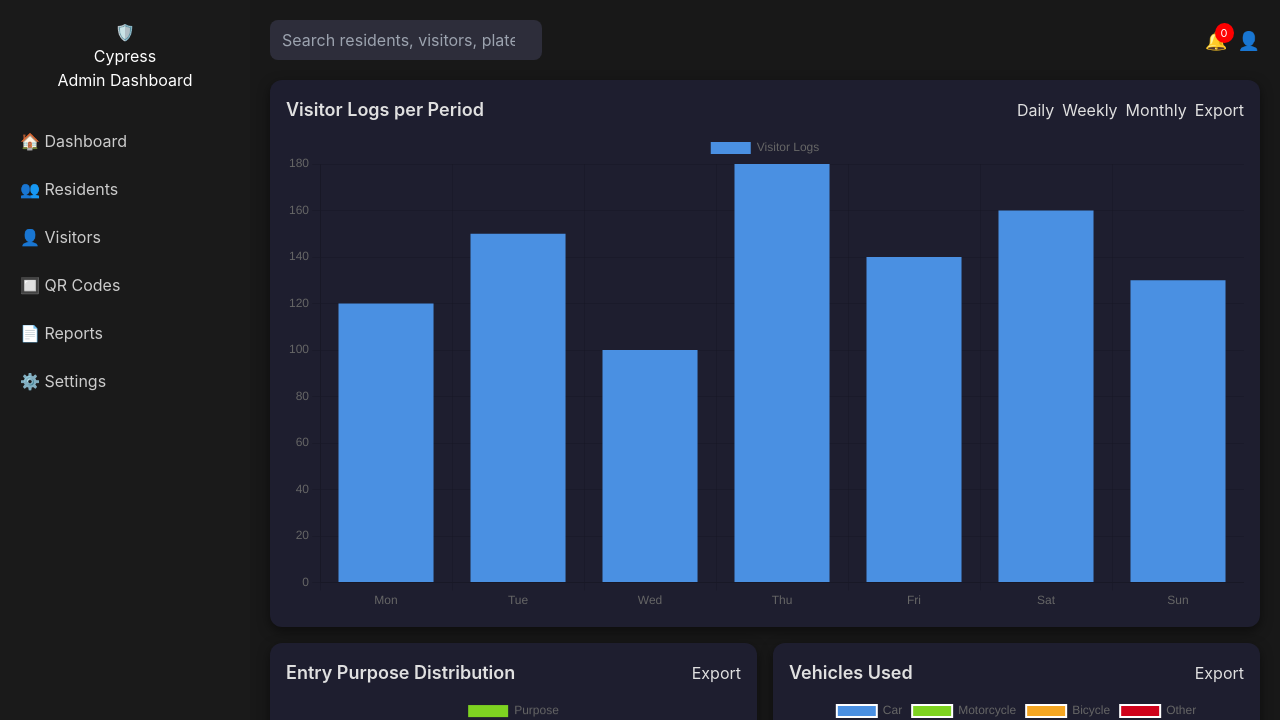
Repository: camuramon/my-project
Page: templates/admin/reports.html
These files come from the project's save history. The page is drawn as it stood at one moment and after the next save; the edit follows.
The browser window is 1280 px wide. The pictures show the whole page.
An inner scrolling area shows only its first screen. Some web libraries are served in a nearby version. The template is drawn by Flask 3. The application's start-up code is not run. Other server files are loaded and not shown. The template is opened directly, without the code that normally fills it, so the values that code supplies are empty.

Above is the page before, as saved 2025-09-09 17:12:35.
Console error: TypeError: Cannot read properties of null (reading 'addEventListener')

### templates/admin/reports.html
<!DOCTYPE html>
<html lang="en">
<head>
  <meta charset="UTF-8">
  <meta name="viewport" content="width=device-width, initial-scale=1.0">
  <title>VMS Reports Dashboard</title>
  <script src="https://cdn.tailwindcss.com"></script>
    <link rel="stylesheet" href="{{ url_for('static', filename='css/report.css') }}">
  <script src="https://cdn.jsdelivr.net/npm/chart.js"></script>

</head>
<body>
<div class="container">
  <aside class="sidebar">
    <div class="logo">
      <div class="icon">🛡️</div>
      <div class="title">
        <h2>Cypress</h2>
        <span>Admin Dashboard</span>
      </div>
    </div>
    <nav>
      <ul class="sidebar-menu">
        <li class="{% if request.path == url_for('admin_dashboard') %}active{% endif %}">
          <a href="{{ url_for('admin_dashboard') }}"><span class="icon">🏠</span> Dashboard</a>
        </li>
        <li class="{% if request.path == url_for('admin_residents') %}active{% endif %}">
          <a href="{{ url_for('admin_residents') }}"><span class="icon">👥</span> Residents</a>
        </li>
        <li class="{% if request.path == url_for('admin_visitors') %}active{% endif %}">
          <a href="{{ url_for('admin_visitors') }}"><span class="icon">👤</span> Visitors</a>
        </li>
        <li><a href="#"><span class="icon">🔲</span> QR Codes</a></li>
        <li class="{% if request.path == url_for('admin_reports') %}active{% endif %}">
          <a href="{{ url_for('admin_reports') }}"><span class="icon">📄</span> Reports</a>
        </li>
        <li class="{% if request.path == url_for('admin_settings') %}active{% endif %}">
          <a href="{{ url_for('admin_settings') }}"><span class="icon">⚙️</span> Settings</a>
        </li>
      </ul>
    </nav>
  </aside>

  <main class="main-content">
    <header class="top-bar">
      <div class="search-bar">
        <input type="search" placeholder="Search residents, visitors, plates..." />
      </div>
      <div class="top-icons">
        <button class="icon-btn">🔔<span class="notification-count">{{ notifications|length }}</span></button>
        <button class="icon-btn">👤</button>
      </div>
    </header>


  <!-- Main Charts and Side Widgets -->
<section class="flex flex-col lg:flex-row gap-4">

    <!-- Main Charts -->
    <div class="flex-1">
      <div class="card p-4 mb-4">
        <div class="flex justify-between items-center mb-2">
          <h3 class="text-lg font-semibold">Visitor Logs per Period</h3>
          <div class="flex space-x-2">
            <button class="btn-chart-toggle" data-period="daily">Daily</button>
            <button class="btn-chart-toggle" data-period="weekly">Weekly</button>
            <button class="btn-chart-toggle" data-period="monthly">Monthly</button>
            <button class="btn-green">Export</button>
          </div>
        </div>
        <canvas id="barChart"></canvas>
      </div>
   <section class="grid grid-cols-1 md:grid-cols-2 gap-4">

        <div class="card p-4">
          <div class="flex justify-between items-center mb-2">
            <h3 class="text-lg font-semibold">Entry Purpose Distribution</h3>
            <button class="btn-green">Export</button>
          </div>
          <canvas id="horizontalChart"></canvas>
        </div>
        <div class="card p-4">
          <div class="flex justify-between items-center mb-2">
            <h3 class="text-lg font-semibold">Vehicles Used</h3>
            <button class="btn-green">Export</button>
          </div>
          <canvas id="pieChart"></canvas>
        </div>
      </div>
    </div>
    <!-- Side Widgets -->
    <div class="lg:w-1/3 space-y-4">
      <div class="card p-4">
        <div class="flex justify-between items-center mb-2">
          <h3 class="text-lg font-semibold">Visitor Geo Distribution</h3>
          <button class="btn-green">Export</button>
        </div>
        <img src="https://placehold.co/400x250" alt="Geo map" class="w-full rounded">
      </div>
      <div class="card p-4">
        <div class="flex justify-between items-center mb-2">
          <h3 class="text-lg font-semibold">Access Points</h3>
          <button class="btn-green">Export</button>
        </div>
        <canvas id="accessChart"></canvas>
      </div>
      <div class="card p-4">
        <div class="flex justify-between items-center mb-2">
          <h3 class="text-lg font-semibold">Device Access</h3>
          <button class="btn-green">Export</button>
        </div>
        <canvas id="deviceChart"></canvas>
      </div>
    </div>
  </section>

  <!-- Tables -->
  <section class="p-4 grid grid-cols-1 md:grid-cols-2 gap-4">
    <div class="card p-4">
      <h3 class="text-lg font-semibold mb-2">Visitor Logs</h3>
      <div class="overflow-x-auto">
        <table class="w-full text-sm">
          <thead>
            <tr class="border-b border-gray-600">
              <th class="text-left p-2">Name</th>
              <th class="text-left p-2">Purpose</th>
              <th class="text-left p-2">Vehicle</th>
              <th class="text-left p-2">Time In/Out</th>
              <th class="text-left p-2">Status</th>
            </tr>
          </thead>
          <tbody>
            <tr class="border-b border-gray-600 hover:bg-gray-800">
              <td class="p-2">John Doe</td>
              <td class="p-2">Delivery</td>
              <td class="p-2">Car</td>
              <td class="p-2">9:00 AM / 9:15 AM</td>
              <td class="p-2">Exited</td>
            </tr>
            <tr class="border-b border-gray-600 hover:bg-gray-800">
              <td class="p-2">Jane Smith</td>
              <td class="p-2">Guest</td>
              <td class="p-2">Motorcycle</td>
              <td class="p-2">10:00 AM / -</td>
              <td class="p-2">Inside</td>
            </tr>
          </tbody>
        </table>
      </div>
      <a href="#" class="text-blue-400 float-right mt-2">View All</a>
      <button class="btn-green mt-2">Export</button>
    </div>
    <div class="card p-4">
      <h3 class="text-lg font-semibold mb-2">Resident Reports</h3>
      <div class="overflow-x-auto">
        <table class="w-full text-sm">
          <thead>
            <tr class="border-b border-gray-600">
              <th class="text-left p-2">Name</th>
              <th class="text-left p-2">Status</th>
            </tr>
          </thead>
          <tbody>
            <tr class="border-b border-gray-600 hover:bg-gray-800">
              <td class="p-2">Alice Johnson</td>
              <td class="p-2"><span class="bg-green-600 px-2 py-1 rounded">Active</span></td>
            </tr>
            <tr class="border-b border-gray-600 hover:bg-gray-800">
              <td class="p-2">Bob Lee</td>
              <td class="p-2"><span class="bg-yellow-600 px-2 py-1 rounded">Suspended</span></td>
            </tr>
            <tr class="border-b border-gray-600 hover:bg-gray-800">
              <td class="p-2">Charlie Brown</td>
              <td class="p-2"><span class="bg-red-600 px-2 py-1 rounded">Blacklisted</span></td>
            </tr>
          </tbody>
        </table>
      </div>
      <a href="#" class="text-blue-400 float-right mt-2">View All</a>
      <button class="btn-green mt-2">Export</button>
    </div>
  </section>

<script src="{{ url_for('static', filename='js/report.js') }}"></script>
</body>
</html>

### static/css/report.css
/* === RESET & GLOBAL === */
html, body {
  margin: 0;
  padding: 0;
  height: 100%;
  width: 100%;
  overflow-x: hidden; /* 🚀 block horizontal scroll */
  font-family: 'Inter', sans-serif;
  background-color: #121212;
  color: #E0E0E0;
}

.container {
  display: flex;
  width: 100%;
  min-height: 100vh;
}

/* === SIDEBAR === */
.sidebar {
  width: 250px;
  background-color: #1A1A1A;
  height: 100vh;
  padding: 20px 0;
  display: flex;
  flex-direction: column;
  position: fixed;
  left: 0;
  top: 0;
}

.sidebar .logo {
  text-align: center;
  margin-bottom: 25px;
  color: #fff;
}
.sidebar-menu {
  list-style: none;
  padding: 0;
  margin: 0;
}
.sidebar-menu li a {
  display: block;
  padding: 12px 20px;
  color: #ccc;
  text-decoration: none;
  transition: 0.3s;
}
.sidebar-menu li a:hover {
  background: #2A2A2A;
  color: #fff;
}

/* === MAIN CONTENT === */
.main-content {
  flex-grow: 1;
  margin-left: 250px;   /* 🚀 para sakto sa sidebar */
  padding: 20px;
  background: #181818;
  min-width: 0;          /* 🚀 prevent overflow */
  overflow-x: hidden;
}

/* === TOP BAR === */
.top-bar {
  display: flex;
  justify-content: space-between;
  align-items: center;
  margin-bottom: 20px;
}
.search-bar input {
  background-color: #2D2D3A;
  color: #E0E0E0;
  border: none;
  border-radius: 8px;
  padding: 8px 12px;
}
.top-icons {
  display: flex;
  gap: 10px;
}
.icon-btn {
  background: none;
  border: none;
  color: #E0E0E0;
  font-size: 18px;
  position: relative;
  cursor: pointer;
}
.notification-count {
  position: absolute;
  top: -4px;
  right: -6px;
  background: red;
  color: #fff;
  font-size: 11px;
  border-radius: 50%;
  padding: 2px 6px;
}

/* === CARDS === */
.card {
  background-color: #1E1E2F;
  border-radius: 12px;
  box-shadow: 0 4px 12px rgba(0,0,0,0.5);
  padding: 20px;
  transition: 0.3s;
}
.card:hover {
  box-shadow: 0 6px 20px rgba(74,144,226,0.7);
}

/* === TABLES === */
table {
  width: 100%;
  border-collapse: collapse;
}
th, td {
  text-align: left;
  padding: 8px;
}
thead {
  background-color: #2A2A2A;
}
tr {
  border-bottom: 1px solid #333;
}
tr:hover {
  background-color: #2D2D2D;
}

/* === FIX OVERFLOW ELEMENTS === */
canvas, img, table {
  max-width: 100%;
  height: auto;
  display: block;
}

### static/js/report.js
// Bar Chart
const barCtx = document.getElementById('barChart').getContext('2d');
let period = 'daily';
const barData = {
  daily: [120, 150, 100, 180, 140, 160, 130],
  weekly: [850, 900, 880, 920],
  monthly: [3200, 3500, 3400]
};
const barChart = new Chart(barCtx, {
  type: 'bar',
  data: {
    labels: ['Mon', 'Tue', 'Wed', 'Thu', 'Fri', 'Sat', 'Sun'],
    datasets: [{
      label: 'Visitor Logs',
      data: barData.daily,
      backgroundColor: '#4A90E2'
    }]
  },
  options: {
    responsive: true,
    plugins: {
      tooltip: { enabled: true }
    }
  }
});

document.querySelectorAll('.btn-chart-toggle').forEach(btn => {
  btn.addEventListener('click', (e) => {
    period = e.target.dataset.period;
    const labels = period === 'daily'
      ? ['Mon', 'Tue', 'Wed', 'Thu', 'Fri', 'Sat', 'Sun']
      : (period === 'weekly'
        ? ['Week 1', 'Week 2', 'Week 3', 'Week 4']
        : ['Jan', 'Feb', 'Mar']);
    barChart.data.labels = labels;
    barChart.data.datasets[0].data = barData[period];
    barChart.update();
  });
});

// Horizontal Stacked Bar
const horCtx = document.getElementById('horizontalChart').getContext('2d');
new Chart(horCtx, {
  type: 'bar',
  data: {
    labels: ['Delivery', 'Guest', 'Service', 'Other'],
    datasets: [{
      label: 'Purpose',
      data: [200, 150, 100, 50],
      backgroundColor: ['#7ED321', '#F5A623', '#4A90E2', '#D0021B']
    }]
  },
  options: {
    indexAxis: 'y',
    responsive: true
  }
});

// Pie Chart
const pieCtx = document.getElementById('pieChart').getContext('2d');
new Chart(pieCtx, {
  type: 'pie',
  data: {
    labels: ['Car', 'Motorcycle', 'Bicycle', 'Other'],
    datasets: [{
      data: [500, 300, 100, 100],
      backgroundColor: ['#4A90E2', '#7ED321', '#F5A623', '#D0021B']
    }]
  },
  options: { responsive: true }
});

// Access Points Chart
const accCtx = document.getElementById('accessChart').getContext('2d');
new Chart(accCtx, {
  type: 'bar',
  data: {
    labels: ['Gate 1', 'Gate 2'],
    datasets: [{
      label: 'Entries',
      data: [250, 200],
      backgroundColor: '#7ED321'
    }]
  },
  options: { responsive: true }
});

// Export buttons (placeholder)
document.querySelectorAll('.btn-export, .btn-green').forEach(btn => {
  if (btn.classList.contains('btn-export')) {
    btn.style.display = 'inline-block';
  }
  btn.addEventListener('click', () => {
    alert('Export functionality coming soon!');
  });
});

// Filter button
document.querySelector('.btn-filter').addEventListener('click', () => {
  alert('Filter modal or functionality here!');
});

After the next save:
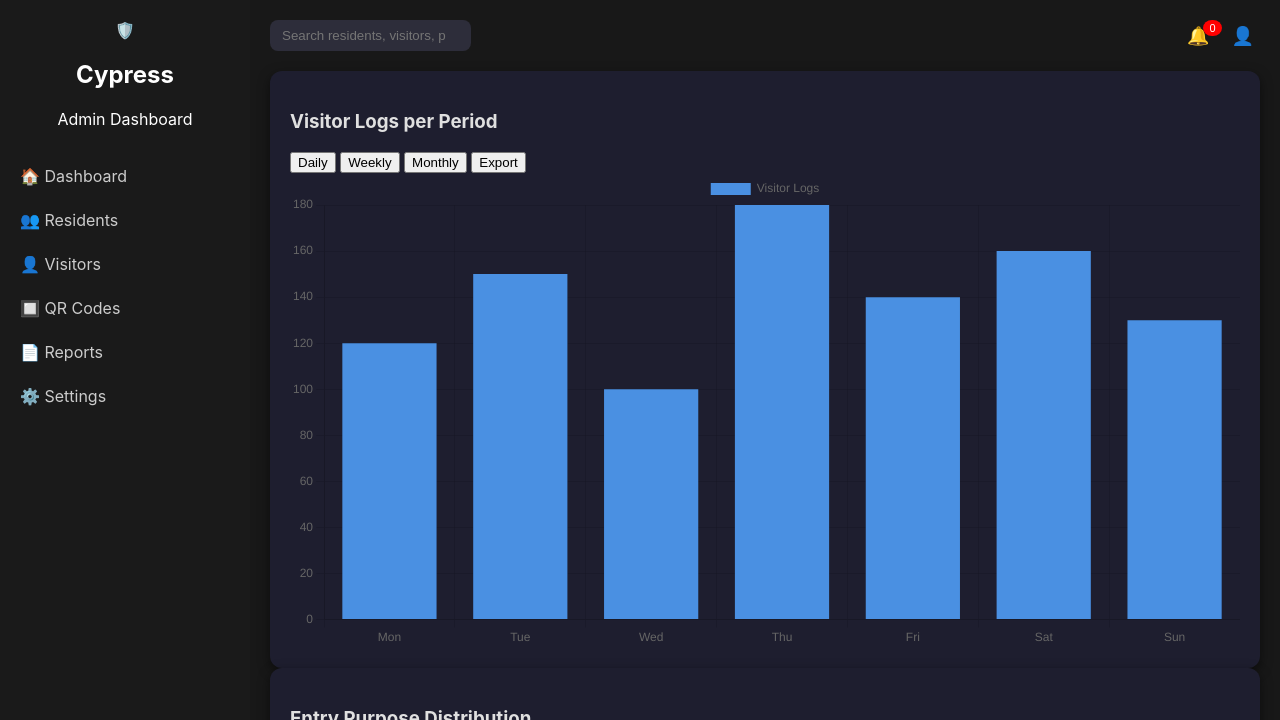
Saved 2 min 18 s later.
--- a/templates/admin/reports.html
+++ b/templates/admin/reports.html
@@ -4,7 +4,7 @@
   <meta charset="UTF-8">
   <meta name="viewport" content="width=device-width, initial-scale=1.0">
   <title>VMS Reports Dashboard</title>
-  <script src="https://cdn.tailwindcss.com"></script>
+
     <link rel="stylesheet" href="{{ url_for('static', filename='css/report.css') }}">
   <script src="https://cdn.jsdelivr.net/npm/chart.js"></script>
 
